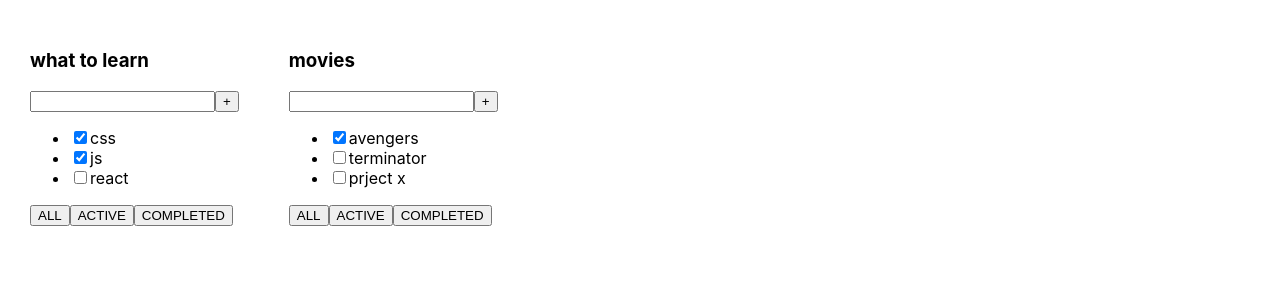
Repository: Grid-Master/myTrello
Page: /
An editor plug-in stored every save of this project. The page is shown before and after the next save, followed by the edit.
The browser window is 1280 px wide. The pictures show the whole page.
The project was rebuilt for these pictures with package versions that can differ from the ones it lists, and the page was loaded fresh each time.

Above is the page before, as saved 2023-01-24 21:51:44.

### src/App.tsx
import './App.css';
import Todolist from './Todolist';

function App() {

  const tasks1 = [
    {
      id: 1,
      title: 'css',
      isDone: true
    },
    {
      id: 2,
      title: 'js',
      isDone: true
    },
    {
      id: 3,
      title: 'react',
      isDone: false
    },
  ]
  const tasks2 = [
    {
      id: 1,
      title: 'avengers',
      isDone: true
    },
    {
      id: 2,
      title: 'terminator',
      isDone: false
    },
    {
      id: 3,
      title: 'prject x',
      isDone: false
    },
  ]

  return (
    <div className="App">
      <Todolist title='what to learn' tasks={tasks1} />
      <Todolist title='movies' tasks={tasks2} />

    </div>
  );
}

export default App;

### src/App.css
.App {
 padding: 30px;
 display: flex;
}

.App>div {
  margin-right: 50px;
}

### src/Todolist.tsx
import React from 'react';

interface taskType {
    id: number
    title: string
    isDone: boolean
}

type Props = {
    title: string,
    tasks: Array<taskType>
}

const Todolist = (props:Props) => {
    return (
    <div>
        <h3>{props.title}</h3>
        <div>
            <input />
            <button>+</button>
        </div>
        <ul>
            {
                props.tasks.map((task) => <li key={task.id}><input type='checkbox' checked={task.isDone} /><span>{task.title}</span></li> )
            }
        </ul>
        <div>
            <button>ALL</button>
            <button>ACTIVE</button>
            <button>COMPLETED</button>
        </div>
    </div>
    );
};

export default Todolist;

Loaded but not shown: public/index.html (common file); src/index.tsx (common file); src/index.css (common file); src/reportWebVitals.ts (common file)

After the next save:
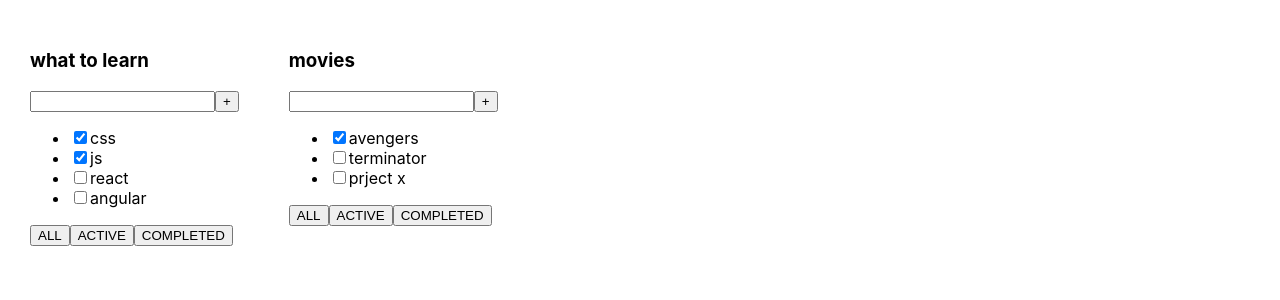
Saved 16 s later.
--- a/src/App.tsx
+++ b/src/App.tsx
@@ -17,6 +17,11 @@ function App() {
     {
       id: 3,
       title: 'react',
+      isDone: false
+    },
+    {
+      id: 4,
+      title: 'angular',
       isDone: false
     },
   ]
